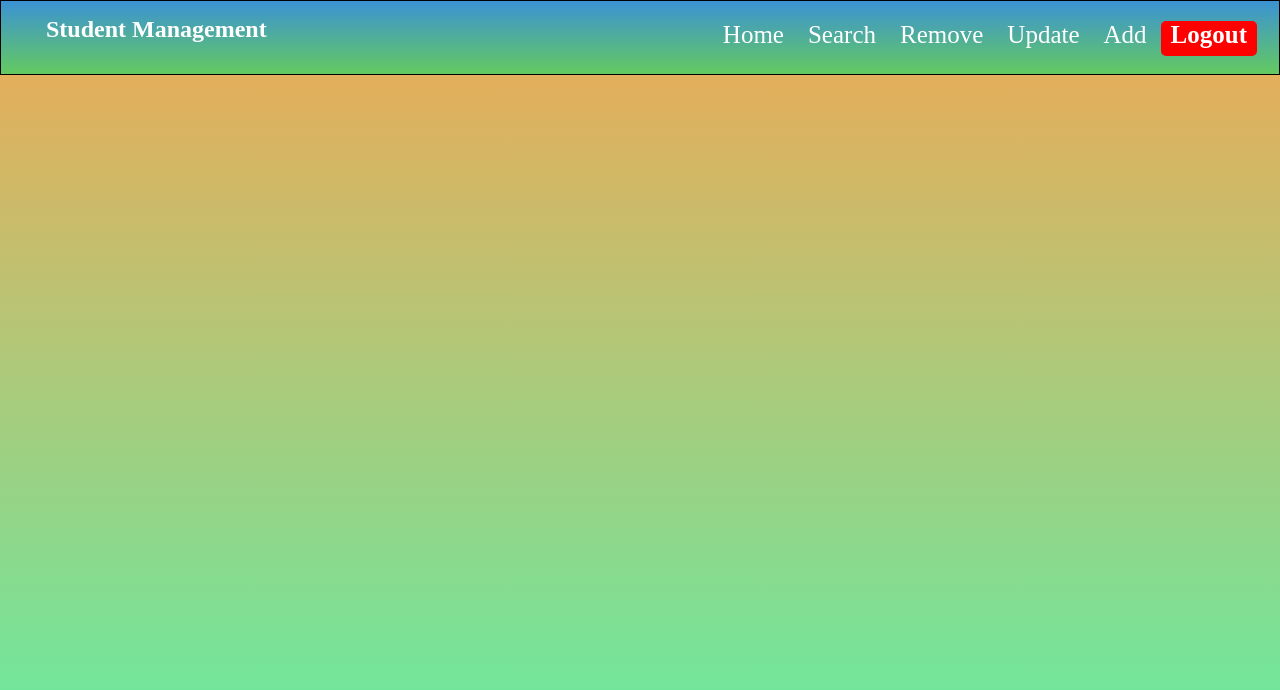
Repository: vishaltawar/J2EE-WEJE-2
Page: http://localhost/studentapp/AdminHome.jsp
These files come from the project's save history. The page is drawn as it stood at one moment and after the next save; the edit follows.
The browser window is 1280 px wide. The pictures show the whole page.
The page is served by Tomcat 9.

Above is the page before, as saved 2022-12-26 07:07:55.

After the next save:
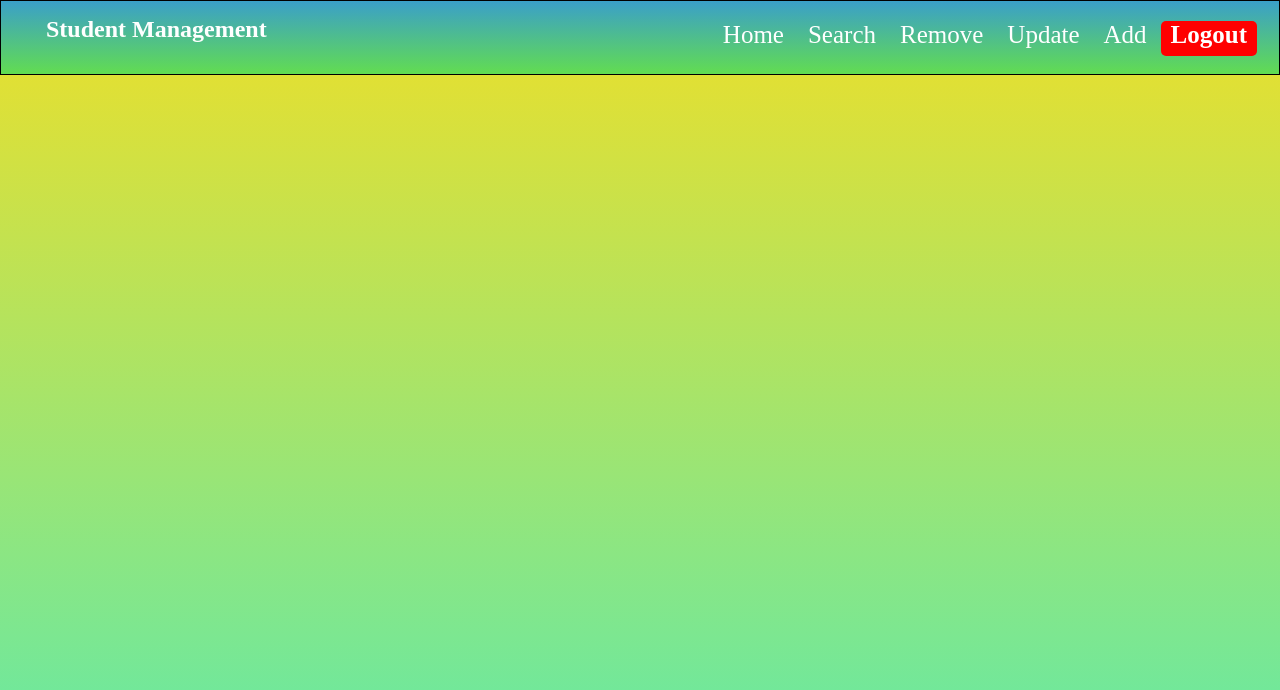
Saved 7 min 49 s later.
--- a/studentapp/src/main/webapp/AdminHome.jsp
+++ b/studentapp/src/main/webapp/AdminHome.jsp
@@ -15,7 +15,7 @@
         body {
             min-width: 700px;
             height: 100vh;
-            background: linear-gradient(rgba(238, 146, 40, 0.795),rgba(20, 218, 99, 0.624)) no-repeat center center /cover;;
+            background: linear-gradient(rgb(238 223 40),rgb(20 218 99 / 62%)) no-repeat center center /cover;;
 
 
         }
